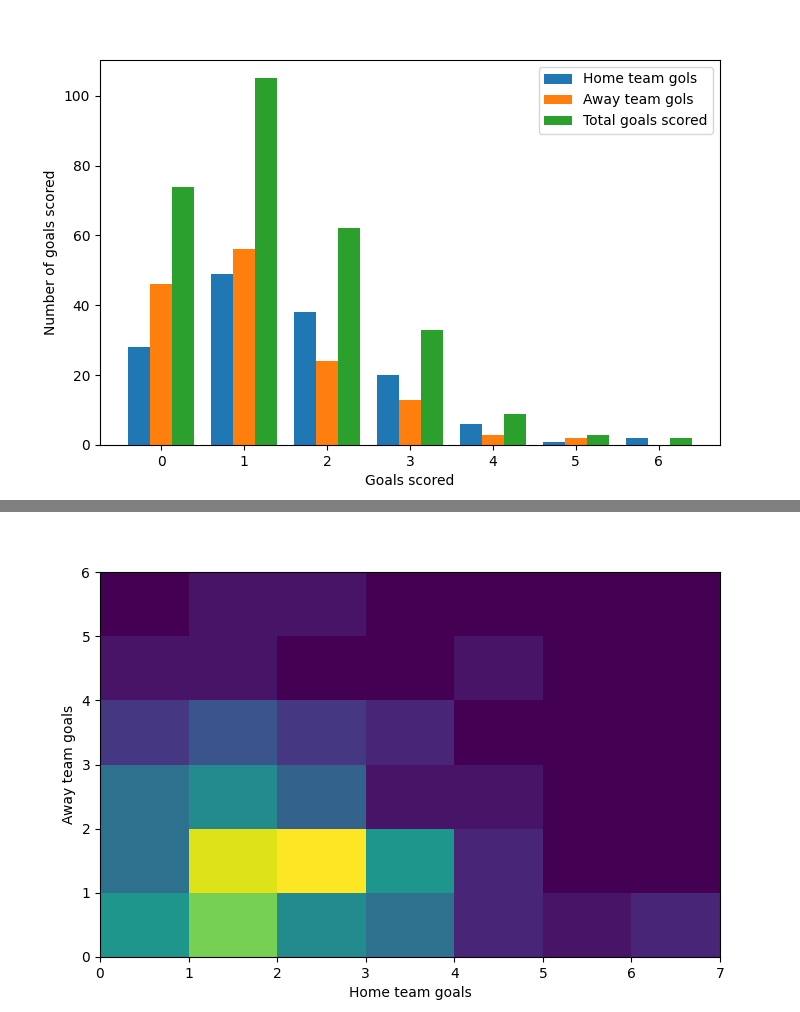
Repository: nelsonalexandrino/python_matplotlib_datavisualization_
Script's output: python Histograms.py
These files come from the project's save history. The script's output is drawn as it stood at one moment and after the next save; the edit follows.
Each picture stacks the figures in order, with grey between them; figures that are only written to a file come last. Random numbers start from a fixed seed.

Above is the script's output before, as saved 2019-08-25 13:16:28.

### Histograms.py
import matplotlib.pyplot as pyplot

with open('Goals.txt', 'r') as file:
    HomeTeamGoals = [int(x) for x in file.readline().strip(
        '\n').strip(' ').split(' ')]
    AwayTeamGoals = [int(x) for x in file.readline().strip(
        '\n').strip(' ').split(' ')]


total_goals = HomeTeamGoals + AwayTeamGoals
pyplot.figure(figsize=(8, 5))
pyplot.hist(x=(HomeTeamGoals, AwayTeamGoals, total_goals), bins=range(8),
            label=['Home team gols', 'Away team gols', 'Total goals scored'], align='left')
pyplot.legend()
pyplot.xlabel('Goals scored')
pyplot.ylabel('Number of goals scored')
pyplot.show()

pyplot.figure(figsize=(8, 5))
pyplot.hist2d(x=HomeTeamGoals, y=AwayTeamGoals, bins=(range(8), range(7)))
pyplot.xlabel('Home team goals')
pyplot.ylabel('Away team goals')
pyplot.show()

### Goals.txt
6 0 2 1 2 1 2 2 2 0 1 3 0 3 1 0 4 1 3 3 6 2 0 0 4 1 2 1 1 0 1 3 0 1 1 1 3 1 3 0 2 2 2 1 2 2 1 2 1 2 1 2 4 0 1 1 2 2 2 0 2 2 0 0 2 3 2 2 3 0 3 3 0 1 0 0 2 1 1 3 1 3 1 1 0 2 0 3 3 3 2 0 0 1 4 1 0 2 1 1 2 2 0 2 1 1 2 3 1 4 4 1 2 2 2 1 0 0 5 1 1 1 0 1 1 0 2 1 3 2 1 1 1 0 1 1 3 2 1 3 1 2 1 1
0 2 1 0 0 1 1 1 2 2 0 1 2 1 0 0 4 2 0 1 0 1 4 0 1 3 0 1 0 2 5 0 0 1 3 2 1 0 3 1 3 0 1 1 1 1 1 2 0 0 2 0 0 0 1 1 2 1 1 0 1 1 1 3 0 1 1 1 3 3 1 0 0 3 2 0 0 3 2 0 0 0 1 0 3 5 2 2 1 1 3 0 1 0 2 2 1 2 2 4 1 1 0 2 1 1 1 1 3 1 0 1 1 1 3 1 2 0 0 1 0 0 1 0 0 1 2 0 1 0 1 1 0 1 2 1 0 1 2 0 1 0 1 2

After the next save:
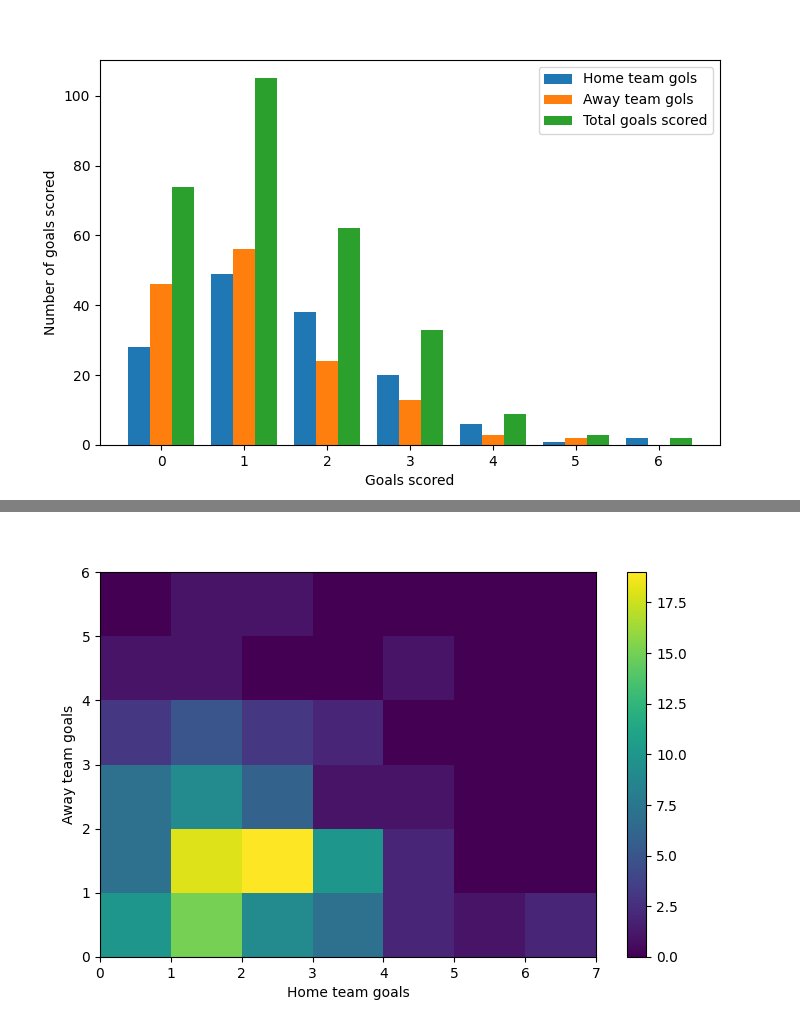
Saved 28 s later.
--- a/Histograms.py
+++ b/Histograms.py
@@ -20,4 +20,5 @@ pyplot.figure(figsize=(8, 5))
 pyplot.hist2d(x=HomeTeamGoals, y=AwayTeamGoals, bins=(range(8), range(7)))
 pyplot.xlabel('Home team goals')
 pyplot.ylabel('Away team goals')
+pyplot.colorbar()
 pyplot.show()
